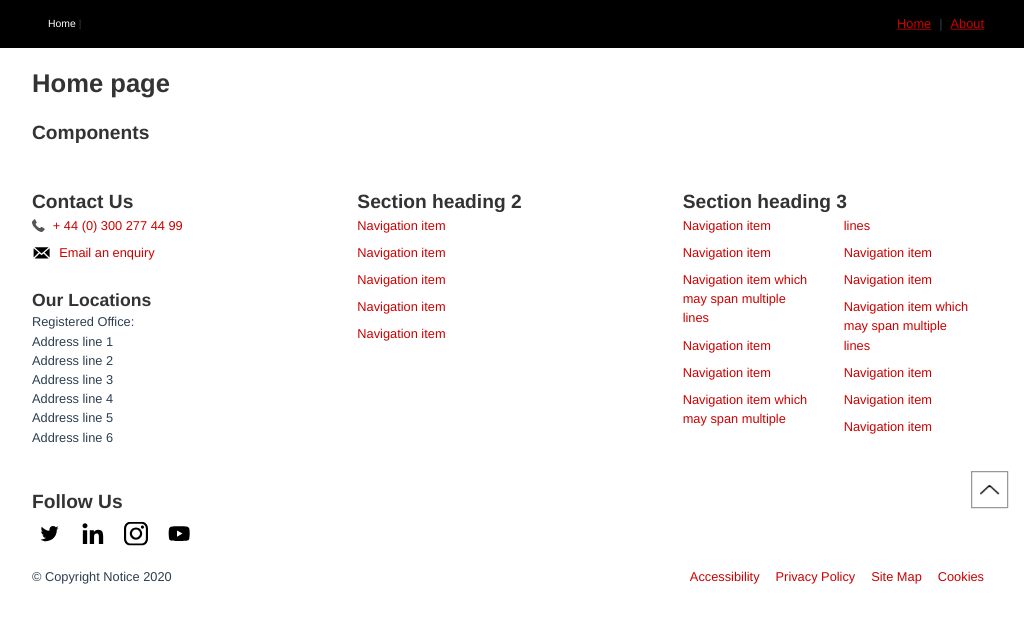
Repository: DaveBaulch/spa
Page: /
An editor plug-in stored every save of this project. The page is shown before and after the next save, followed by the edit.
The browser window is 1280 px wide. The pictures show the whole page, at 80% of full size.
The project was rebuilt for these pictures with package versions that can differ from the ones it lists, and the page was loaded fresh each time. Also part of the build but not shown: src/assets/styles/main.css.

Above is the page before, as saved 2020-10-13 13:02:33.

### src/App.vue
<template>
  <div id="app">
    <TheSkipLink>
      <p>Skip navigation</p>
    </TheSkipLink>
    <TheHeader @sidenavToggle="displaySidenav = !displaySidenav" />
    <TheSidenav
      :show="displaySidenav"
      @close="displaySidenav = false" />
    <nuxt/>

    <main class="main" id="main">
      <router-view />
    </main>

    <TheFooter />

    <TheScrollTopButton>
      <img src="@/assets/images/svg/chevron-up-white.svg" />
      <span class="sr-only">Back to top</span>
    </TheScrollTopButton>

  </div>
</template>

<script>
import TheHeader from './components/global/TheHeader.vue';
import TheSidenav from '@/components/global/TheSidenav'
import TheFooter from '@/components/global/TheFooter'
import TheSkipLink from '@/components/global/TheSkipLink'
import TheScrollTopButton from '@/components/global/TheScrollTopButton'


export default {
  components: {
    TheHeader,
    TheSidenav,
    TheFooter,
    TheSkipLink,
    TheScrollTopButton
  },
  data() {
    return {
      displaySidenav: false
    }
  }
};
</script>

<style lang="scss">
#app {
  font-family: Avenir, Helvetica, Arial, sans-serif;
  -webkit-font-smoothing: antialiased;
  -moz-osx-font-smoothing: grayscale;
  text-align: left;
  color: #2c3e50;
}

#nav {
  padding: 30px;

  a {
    font-weight: bold;
    color: #2c3e50;

    &.router-link-exact-active {
      color: #42b983;
    }
  }
}
</style>

### src/assets/sass/_base-styles.scss

@import 'utilities/variables';
@import 'utilities/mixins';
@import 'utilities/animations';

@import 'base/fonts';
@import 'base/resets';
@import 'base/elements';
@import 'base/typography';
@import 'base/forms';

@import 'helpers/text';
@import 'helpers/layout';
@import 'helpers/spacing';
@import 'helpers/colors';

### src/components/global/TheHeader.vue
<template>
<div class="header-container">
  <div class="container">
    <header class="header">
      <TheSideNavToggle @toggle="$emit('sidenavToggle')" />
      <div class="logo">
        <router-link to="/">Home</router-link> |
      </div>
      <div class="navigation-items">
        <ul class="nav-list">
          <router-link to="/" class="nav-list__item">Home</router-link> |
          <router-link to="/about" class="nav-list__item">About</router-link>
        </ul>
      </div>
    </header>
  </div>
</div>
</template>

<script>
import TheSideNavToggle from "@/components/global/TheSideNavToggle";

export default {
  name: "TheHeader",
  components: {
    TheSideNavToggle
  }
};
</script>

<style scoped lang="scss">
@import '../../assets/sass/utilities/_variables.scss';
@import '../../assets/sass/utilities/_mixins.scss';


.header-container {
  width: 100%;
  height: 60px;
  background-color: $black;
  position: fixed;
  z-index: 100;

  @include breakpoint(md) {
    position: relative;
  }
}

.header {
  width: 100%;
  height: 60px;
  display: flex;
  justify-content: space-between;
  align-items: center;
  background-color: $black;
  box-sizing: border-box;
  padding: 0;
}

.logo {
  margin: 0 20px;
  font-size: 1.3rem;
}

.logo a {
  text-decoration: none;
  color: $white;
}

.navigation-items {
  display: none;

  @include breakpoint(md) {
    display: block;
  }
}


.nav-list {
  list-style: none;
  padding: 0;
  margin: 0;
  display: flex;
}

.nav-list__item {
  margin: 0 10px;
}

.nav-item a {
  text-decoration: none;
  color: $white;
}

</style>

### src/components/global/TheSidenav.vue
<template>
<div class="sidenav-container">
  <div
    v-if="show"
    class="sidenav-backdrop"
    @click="$emit('close')"></div>
  <transition name="slide-side">
    <div
      v-if="show"
      class="sidenav">
      <ul
        class="nav-list"
        @click="$emit('close')">
        <li class="nav-item"><router-link to="/">Home</router-link></li>
        <li class="nav-item"><router-link to="/about">About</router-link></li>
      </ul>
    </div>
  </transition>
</div>
</template>

<script>
export default {
  name: "TheSidenav",
  props: {
    show: {
      type: Boolean,
      default: false
    }
  }
};
</script>


<style scoped>
.sidenav-container {
  height: 100%;
  width: 100%;
}

.sidenav-backdrop {
  width: 100%;
  height: 100%;
  background-color: rgba(0, 0, 0, 0.7);
  z-index: 1000;
  position: fixed;
  top: 0;
  left: 0;
}

.sidenav {
  height: 100%;
  width: 300px;
  background-color: white;
  z-index: 10000;
  position: fixed;
  top: 0;
  left: 0;
  box-sizing: border-box;
  padding: 30px;
}

.slide-side-enter-active,
.slide-side-leave-active {
  transition: all 0.3s ease-out;
}
.slide-side-enter,
.slide-side-leave-to {
  transform: translateX(-100%);
}

.nav-list {
  list-style: none;
  padding: 0;
  margin: 0;
}

.nav-item {
  margin: 20px 0;
}

.nav-item a {
  text-decoration: none;
  color: black;
  font-size: 1.5rem;
}

.nav-item a:hover,
.nav-item a:active {
  color: red;
}
</style>

### src/components/global/TheSkipLink.vue
<template>
  <a href="#main" id="skip-navigation" class="skip-link"><slot /></a>
</template>

<style scoped lang="scss">
@import '../../assets/sass/utilities/_variables.scss';

.skip-link {
  padding: 0.5rem 1rem 1rem 1rem;
  background-color: $white;
  display: block;
  position: absolute;
  top: -100%;
  left: 2px;
  z-index: 100;
  text-decoration: none !important;

  &:focus {
    top: 2px;
    transition: $transition-speed-fast ease all;
    color: $black;
  }
}

.skip-link:visited {
  color: $black;
}
</style>

### src/components/global/TheScrollTopButton.vue
<template>
  <a class="btn-scroll-top" id="scroll-top" href="#skip-navigation" v-scroll-to="'#skip-navigation'">
    <slot />
  </a>
</template>

<script>
export default {
  name: "TheScrollTopButton",
};
</script>


<style scoped lang="scss">
@import '../../assets/sass/utilities/_variables.scss';
@import '../../assets/sass/utilities/_mixins.scss';

.btn-scroll-top {
  position: fixed;
  z-index: 100;
  bottom: 20px;
  right: 20px;
  width: 44px;
  height: 44px;
  overflow: hidden;
  text-indent: -1999em;
  color: $white;
  background-color: $white;
  border: 1px solid $grey-dark;;
  // opacity: 0;
  transition: 300ms ease all;
  display: flex;
  align-items: center;
  justify-content: center;

  @include breakpoint(md) {
    bottom: 85px;
  }

  &.is-active {
    opacity: 0.9;
  }

}

</style>

### src/views/Home.vue
<template>
  <div class="container home">
    <h1>Home page</h1>

    <h2>Components</h2>


  </div>
</template>

<script>
// @ is an alias to /src
// import HelloWorld from "@/components/HelloWorld.vue";

export default {
  name: "Home",
  components: {
    // HelloWorld
  }
};
</script>

### src/assets/sass/utilities/_variables.scss
// -------------------------
// 'true' is default
//  setting this creates extra responsive classes targetting defined breakpoints
//  eg the 'visually-hidden' mixin
$responsive: true !default;

// Custom 'brand' fonts
$font: 'Open Sans', sans-serif; //Available weights 400,600,700

$font-weight-light: 400;
$font-weight-normal: 400;
$font-weight-bold: 700;

// Let's set the base font size to 62.5% (10px) for easier calculations
$base-font-size: 62.5%;
$base-line-height: 1.5 !default;

$body-font-desktop: 1.6rem; // = 16px
$body-font-mobile: 1.6rem; // = 16px

// Breakpoints
// -------------------------

// Named breakpoints
$breakpoint-xs: 320px;
$breakpoint-sm: 576px;
$breakpoint-md: 768px;
$breakpoint-lg: 992px;
$breakpoint-xl: 1200px;

$xs-min: 0;
$xs-max: ($breakpoint-sm - 1);

$sm-min: $breakpoint-sm;
$sm-max: ($breakpoint-md - 1);

$md-min: $breakpoint-md;
$md-max: ($breakpoint-lg - 1);

$lg-min: $breakpoint-lg;
$lg-max: ($breakpoint-xl - 1);

$xl-min: $breakpoint-xl;

// Colors
// -------------------------

// Base colors
$white: #fff;
$black: #000;

$grey-dark: #616161;
$grey-light: #ddd;
$grey-lighter: #eee;

$blue: #06c;
$green: #298700;
$red: #db1731;

// Background color
$body-bg-color: #fff !default;

// Brand colors
$brand-color-1: $grey-light;

// Text colors
$color-text: #333;
$color-headings: #333;
$color-error: #eee;

// Link colors
$color-link-active: #c00;
$color-link-visited: #c00;
$color-link-hover: #333;
$color-link-focus: #d4d4d4;
$color-link-disabled: #d4d4d4;

// Form colors
$color-invalid: #f0dddd;

// Borders
// -------------------------

// Border colors
$color-border: $grey-light;
$color-border-dark: $grey-dark;
$color-border-light: $grey-lighter;

// Border styling
$border-radius: 5px;
$border-width: 1px;
$border-style: solid;
$border-color: $color-border;

$border: $border-width $border-style $border-color;

// Focus state styling
$focus-outline-width: 2px;
$focus-outline-style: solid;
$focus-outline-color: $red;
$focus-outline: $focus-outline-width $focus-outline-style $focus-outline-color;
$focus-outline-offset: 0;

// Default projext transitions
$transition-speed: 0.4s;
$transition-easing: ease;

// some different speed variables
$transition-speed-slow: 1.2s;
$transition-speed-medium: 0.8s;
$transition-speed-fast: 0.2s;

// z-index scale (private vars)
// Do not edit the z-index scale!
// --------------------------------------------------
$z-index-1: 100;
$z-index-2: 200;
$z-index-3: 300;
$z-index-4: 400;
$z-index-5: 500;
$z-index-6: 600;
$z-index-7: 700;
$z-index-8: 800;
$z-index-9: 900;
$z-index-10: 1000;

### src/assets/sass/utilities/_mixins.scss
@mixin fill {
  width: 100%;
  height: 100%;
}

@mixin imageCover {
  object-fit: cover;
  @include fill;
}

@mixin absoluteFill {
  display: block;
  position: absolute;
  top: 0;
  left: 0;
  @include fill;
}

@mixin textGradient($top: $brand-primary, $bottom: $brand-light) {
  background: linear-gradient($top, $bottom);
  background-clip: text;
  -webkit-text-fill-color: transparent;
}

// accessible text
@mixin sr-only {
  border: 0 !important;

  height: 1px !important;
  margin: (-1px) !important;
  overflow: hidden !important;
  padding: 0 !important;
  position: absolute !important;
  width: 1px !important;
}

// breakpoints
// uses breakpoints defined in variables.scss
@mixin breakpoint($point, $value: 0) {
  @if $point==xs {
    @media screen and (max-width: $xs-max) {
      @content;
    }
  } @else if $point==sm {
    @media screen and (min-width: $sm-min) {
      @content;
    }
  } @else if $point==md {
    @media screen and (min-width: $md-min) {
      @content;
    }
  } @else if $point==lg {
    @media screen and (min-width: $lg-min) {
      @content;
    }
  } @else if $point==xl {
    @media screen and (min-width: $xl-min) {
      @content;
    }
  } @else {
    @media screen and ($point: $value) {
      @content;
    }
  }
}

@mixin between-breakpoints($min, $max) {
  @media screen and (min-width: $min) and (max-width: $max) {
    @content;
  }
}

@mixin full-width {
  width: 100vw;
  position: relative;
  left: 50%;
  right: 50%;
  margin-left: -50vw;
  margin-right: -50vw;
}

### src/assets/sass/utilities/_animations.scss
@keyframes fadeIn {
    from {
      opacity: 0;
      visibility: hidden;
    }
    to {
      opacity: 1;
      visibility: visible;
    }
  }

@keyframes fadeOut {
    from {
      opacity: 1;
      visibility: visible;
    }
    to {
      opacity: 0;
      visibility: hidden;
    }
  }

@keyframes slideTop {
  0% {
    transform: translateY(100px);
  }
  100% {
    transform: translateY(0);
  }
}

@mixin fadeIn($duration: 0.3s) {
  animation: {
    name: fadeIn;
    fill-mode: forwards;
    duration: #{$duration};
  }
}

@mixin fadeOut($duration: 0.3s) {
  animation: {
    name: fadeOut;
    fill-mode: forwards;
    duration: #{$duration};
  }
}

### src/assets/sass/base/_fonts.scss
// @font-face {
//   font-family: 'hurme';
//   src: url('~assets/fonts/hurme/hurme-light.otf') format('opentype');
//   font-weight: $font-weight-light;
// }

// @font-face {
//   font-family: 'hurme';
//   src: url('~assets/fonts/hurme/hurme-regular.otf') format('opentype');
//   font-weight: $font-weight-normal;
// }

// @font-face {
//   font-family: 'hurme';
//   src: url('~assets/fonts/hurme/hurme-semiBold.otf') format('opentype');
//   font-weight: $font-weight-bold;
// }

### src/assets/sass/base/_resets.scss
html {
  //Prevent iOS input highlighting
  box-sizing: border-box;
  font-size: $base-font-size;
  -webkit-tap-highlight-color: rgba(0, 0, 0, 0);
}

body {
  -moz-osx-font-smoothing: grayscale;
  -webkit-font-smoothing: antialiased;
  background-color: $body-bg-color;
  color: $color-text;
  font-size: $body-font-mobile;
  line-height: $base-line-height;
  text-align: left;
  margin: 0;
  padding: 0;
  font-weight: $font-weight-light;

  @include breakpoint(lg) {
    font-size: $body-font-desktop;
  }
}

html,
body {
  max-width: 100% !important;
  overflow-x: hidden !important;
}

img {
  display: block;
  height: auto;
  -ms-interpolation-mode: bicubic;
  // option to make images responsive by default
  max-width: 100%;
}

### src/assets/sass/base/_elements.scss
button {
  cursor: pointer;
  margin: 0;
}

img {
  max-width: 100%;
  pointer-events: none;

  &:not([src]) {
    visibility: hidden;
  }
}

a {
  text-decoration: none;
  color: inherit;
}

ul:not([class]) {
  list-style: disc;
}

ol:not([class]) {
  list-style: decimal;
}

### src/assets/sass/base/_typography.scss
body {
  font-family: $font;
  font-weight: $font-weight-normal;
}

// Generic heading styling

h1,
h2,
h3,
h4,
h5 {
  margin: 0;
  padding: 0;
  margin-top: 2rem;
  color: $color-headings;
  font-weight: $font-weight-bold;
}

h1 {
  font-size: 3rem;

  @include breakpoint(lg) {
    font-size: 3.2rem;
  }
}

h2 {
  font-size: 2.2rem;

  @include breakpoint(lg) {
    font-size: 2.4rem;
  }
}

h3 {
  font-size: 2rem;

  @include breakpoint(lg) {
    font-size: 2.2rem;
  }
}

h4 {
  font-size: 1.8rem;

  @include breakpoint(lg) {
    font-size: 2rem;
  }
}

h5 {
  font-size: 1.6rem;

  @include breakpoint(lg) {
    font-size: 1.8rem;
  }
}

// Link styles

a {
  color: $color-link-active;
  text-decoration: underline;
}

a:visited {
  color: $color-link-visited;
}

a:hover {
  color: $color-link-hover;
}

a:focus {
  color: $color-link-hover;
  outline: $focus-outline;
}

// Standard text paragraphs

p {
  margin: 2rem 0 0 0;
  padding: 0;
}

// List styles
ol,
ul {
  margin: 0;
  padding: 0;
  list-style: none;

  &:not([class]) {
    margin: 0 1.22rem 0.8rem 1.5rem;
    list-style-position: inside;
  }
}

ol:not([class]) {
  list-style-type: decimal;
}

ul:not([class]) {
  list-style-type: disc;
}

// Definition list styles

dl {
}

dt {
  font-weight: bold;
}

// Opinionated styling of typographic elements

hr {
  height: 1px;
  margin: 1em 0;
  padding: 0;
  display: block;
  border: 0;
  border-top: 1px solid $grey-light;
}

blockquote {
  margin: 0;
  padding: 0 10px;
}

ins {
  background: $red;
  color: $black;
  text-decoration: none;
}

mark {
  font-style: italic;
  font-weight: bold;
}

pre {
  white-space: pre-wrap;
  word-wrap: break-word;
}

### src/assets/sass/helpers/_text.scss
.uppercase {
  text-transform: uppercase;
}

.font-light {
  font-weight: $font-weight-light;
}

.font-normal {
  font-weight: $font-weight-normal;
}

.font-bold {
  font-weight: $font-weight-bold;
}

.sr-only {
  @include sr-only;
}

### src/assets/sass/helpers/_layout.scss
.container {
  width: 100%;
  max-width: 1200px;
  margin: 0 auto;
  padding: 0;
  position: relative;
  // border: 1px solid #f0f;
  padding: 0 15px;
}

.row {
  display: grid;
  grid-template-columns: repeat(12, 1fr);
  grid-gap: 20px;
  // border: 1px solid lime;
}

### src/assets/sass/helpers/_spacing.scss
.no-padding {
  padding: 0;
}

.no-margin {
  margin: 0;
}

### src/assets/sass/helpers/_colors.scss
// .bg-white {
//   background-color: $brand-white;
// }
// .bg-white-alt {
//   background-color: $brand-white-alt;
// }
// .bg-black {
//   background-color: $brand-black;
// }
// .bg-primary {
//   background-color: $brand-primary;
// }
// .bg-primary-alt {
//   background-color: $brand-primary-alt;
// }
// .bg-dark {
//   background-color: $brand-dark;
// }
// .bg-dark-alt {
//   background-color: $brand-dark-alt;
// }
// .bg-light {
//   background-color: $brand-lightest;
// }
// .bg-light-alt {
//   background-color: $brand-light-alt;
// }

### src/components/global/TheSocialSharing.vue
<template>
  <div class="social-links-wrapper">
    <h2 class="social-links-title">Follow Us</h2>
    <ul class="social-links">
      <li class="social-links__item">
        <TheSocialSharingItem>
          <img src="@/assets/images/svg/icon-twitter.svg" width="30" height="30" />
          <span class="sr-only">Twitter</span>
        </TheSocialSharingItem>
      </li>
      <li class="social-links__item">
        <TheSocialSharingItem>
          <img src="@/assets/images/svg/icon-linkedin.svg" width="30" height="30" />
          <span class="sr-only">LinkedIn</span>
        </TheSocialSharingItem>
      </li>
      <li class="social-links__item">
        <TheSocialSharingItem>
          <img src="@/assets/images/svg/icon-instagram.svg" width="30" height="30" />
          <span class="sr-only">Instagram</span>
        </TheSocialSharingItem>
      </li>
      <li class="social-links__item">
        <TheSocialSharingItem href="https://www.youtube.com/">
          <img src="@/assets/images/svg/icon-youtube.svg" width="30" height="30" />
          <span class="sr-only">You Tube</span>
        </TheSocialSharingItem>
      </li>
    </ul>
  </div>
</template>

<script>
import TheSocialSharingItem from "@/components/global/TheSocialSharingItem";

export default {
  name: "TheSocialSharing",
  components: {
    TheSocialSharingItem,
  },
  data() {
  },
};
</script>

<style scoped lang="scss">
@import '../../assets/sass/utilities/_variables.scss';

.social-links {
  margin: 0 auto;
  list-style: none;
  display: flex;
}

.social-links__item {
  margin: 0 1rem 0 0;
}

</style>

### src/components/global/TheSocialSharingItem.vue
<template>
  <a :href="href"
    class="social-sharing-item"
    ><slot /></a>
</template>

<script>
export default {
  name: 'TheSocialSharingItem',
  props: {
    href: {
      type: String,
      default: ''
    }
  }
}
</script>


<style scoped lang="scss">
@import '../../assets/sass/utilities/_variables.scss';

.social-sharing-item {
  display: flex;
  align-items: center;
  justify-content: center;
  width: 44px;
  height: 44px;

  &:hover,
  &:focus {
    color: $color-link-hover;
    text-decoration: underline;
  }
}
</style>

Loaded but not shown: public/index.html (common file); src/registerServiceWorker.js (common file); src/router/index.js (common file); src/store/index.js (common file); src/components/global/TheSideNavToggle.vue (common file); src/main.js (19 lines, source omitted); src/assets/sass/base/_forms.scss (498 lines, source omitted); src/components/global/TheFooter.vue (313 lines, source omitted)

After the next save:
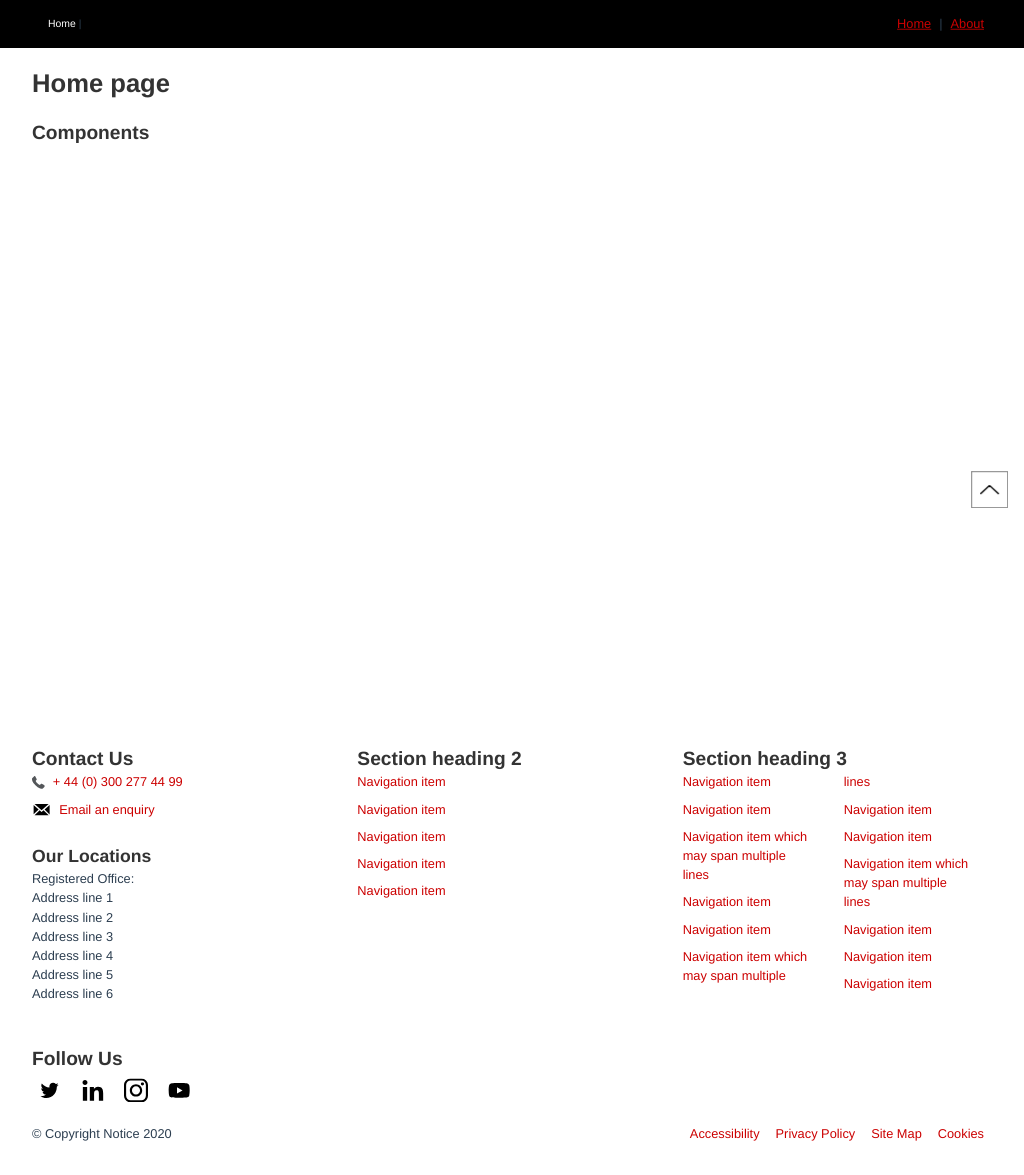
Saved 69 s later.
--- a/src/assets/sass/base/_resets.scss
+++ b/src/assets/sass/base/_resets.scss
@@ -35,3 +35,7 @@ img {
   // option to make images responsive by default
   max-width: 100%;
 }
+
+main {
+  min-height: 800px;
+}
